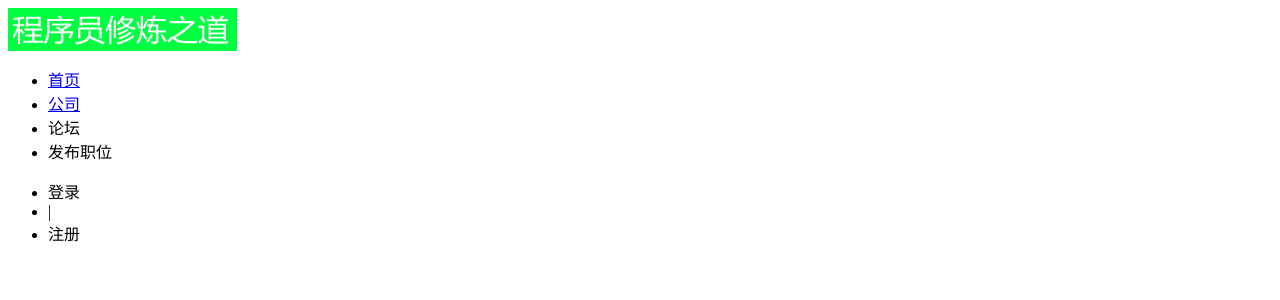
Repository: honglei92/javaweb_EE
Page: apple/WebContent/index.html
These files come from the project's save history. The page is drawn as it stood at one moment and after the next save; the edit follows.
The browser window is 1280 px wide. The pictures show the whole page.

Above is the page before, as saved 2013-09-01 10:03:18.

### apple/WebContent/index.html
<!DOCTYPE html PUBLIC "-//W3C//DTD HTML 4.01 Transitional//EN" "http://www.w3.org/TR/html4/loose.dtd">
<html xmlns:wb=“http://open.weibo.com/wb”>
<head>
<link rel="Shortcut Icon" href="images/favicon.ico">
<meta http-equiv="Content-Type" content="text/html; charset=UTF-8">
<title>&nbsp;王宏雷-致力成为注重实效的程序员</title>
<script src="http://tjs.sjs.sinajs.cn/open/api/js/wb.js" type="text/javascript" charset="utf-8"></script>
</head>
<body>
	<div id="body">
		<div id="header">
			<div class="wrapper">
				<a href="/" class="logo"> <img src="iamges/logo.png" width="229"
					height="43">
				</a>

				<ul class="reset" id="navheader">
				<li class="current"><a href="/">首页</a></li>
				<li><a href="/c/companylist.html">公司</a></li>
				<li>论坛</li>
				<li>发布职位</li>
				</ul>

				<ul class="loginTop">
				<li>登录</li>
				<li>|</li>
				<li>注册</li>
				</ul>

				<wb:follow-button uid="1801806580" type="red_1" width="67" height="24" id="wbfocus"></wb:follow-button>
				<script type="text/javascript">

				</script>
			</div>
		</div>

		<div id="container"></div>
		<div id="footer"></div>
	</div>
</body>
</html>

After the next save:
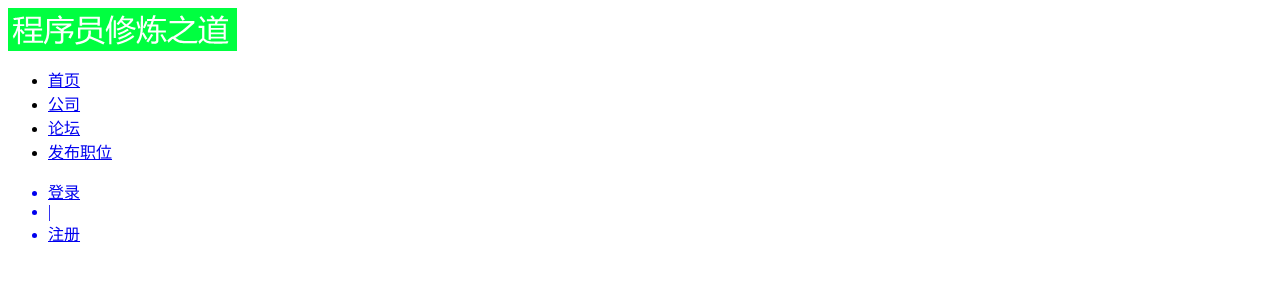
Saved 12 s later.
--- a/apple/WebContent/index.html
+++ b/apple/WebContent/index.html
@@ -17,8 +17,8 @@
 				<ul class="reset" id="navheader">
 				<li class="current"><a href="/">首页</a></li>
 				<li><a href="/c/companylist.html">公司</a></li>
-				<li>论坛</li>
-				<li>发布职位</li>
+				<li><a href="/c/companylist.html">论坛</li>
+				<li><a href="/c/companylist.html">发布职位</li>
 				</ul>
 
 				<ul class="loginTop">
